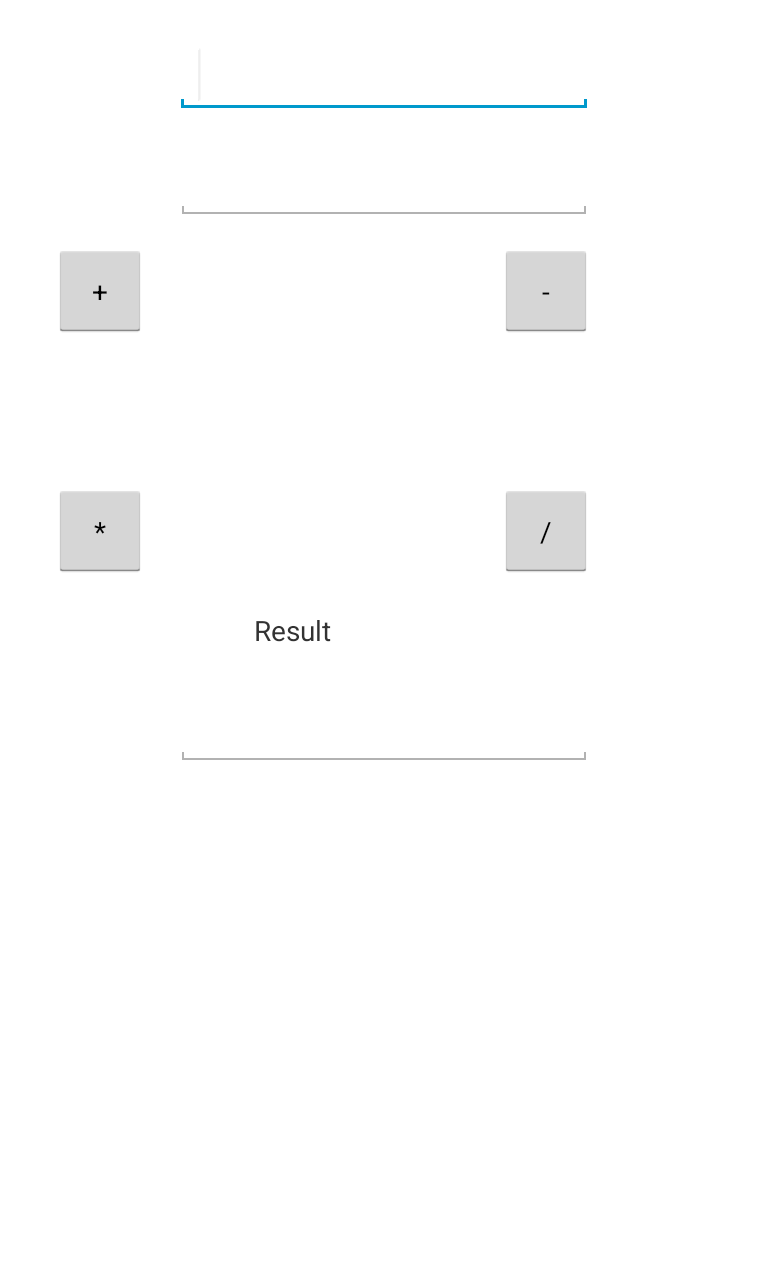
Repository: ujwalp15/Workshop_Apps
Layout: Pandora/Calc/res/layout/activity_main.xml
These files come from the project's save history. The layout is drawn as it stood at one moment and after the next save; the edit follows.
It is drawn on a 768 x 1280 px phone screen (xhdpi) without system bars, with theme AppTheme; the app's code is not run.

Above is the layout before, as saved 2016-02-18 09:53:46.

### Pandora/Calc/res/layout/activity_main.xml
<RelativeLayout xmlns:android="http://schemas.android.com/apk/res/android"
    xmlns:tools="http://schemas.android.com/tools"
    android:layout_width="match_parent"
    android:layout_height="match_parent"
    tools:context=".MainActivity" >

    <EditText
        android:id="@+id/editText1"
        android:layout_width="wrap_content"
        android:layout_height="wrap_content"
        android:layout_alignParentTop="true"
        android:layout_centerHorizontal="true"
        android:layout_marginTop="18dp"
        android:ems="10"
        android:inputType="numberDecimal" >

        <requestFocus />
    </EditText>

    <Button
        android:id="@+id/button2"
        style="?android:attr/buttonStyleSmall"
        android:layout_width="wrap_content"
        android:layout_height="wrap_content"
        android:layout_alignRight="@+id/editText1"
        android:layout_alignTop="@+id/button1"
        android:text="-" />

    <Button
        android:id="@+id/button3"
        style="?android:attr/buttonStyleSmall"
        android:layout_width="wrap_content"
        android:layout_height="wrap_content"
        android:layout_alignLeft="@+id/button1"
        android:layout_below="@+id/button1"
        android:layout_marginTop="72dp"
        android:text="*" />

    <Button
        android:id="@+id/button1"
        style="?android:attr/buttonStyleSmall"
        android:layout_width="wrap_content"
        android:layout_height="wrap_content"
        android:layout_alignParentLeft="true"
        android:layout_below="@+id/editText1"
        android:layout_marginLeft="26dp"
        android:layout_marginTop="64dp"
        android:text="+" />

    <EditText
        android:id="@+id/editText2"
        android:layout_width="wrap_content"
        android:layout_height="wrap_content"
        android:layout_alignLeft="@+id/editText1"
        android:layout_below="@+id/editText1"
        android:layout_marginTop="14dp"
        android:ems="10"
        android:inputType="numberDecimal" />

    <Button
        android:id="@+id/button4"
        style="?android:attr/buttonStyleSmall"
        android:layout_width="wrap_content"
        android:layout_height="wrap_content"
        android:layout_alignBaseline="@+id/button3"
        android:layout_alignBottom="@+id/button3"
        android:layout_alignLeft="@+id/button2"
        android:text="/" />

    <TextView
        android:id="@+id/textView1"
        android:layout_width="wrap_content"
        android:layout_height="wrap_content"
        android:layout_below="@+id/button3"
        android:layout_marginLeft="53dp"
        android:layout_marginTop="16dp"
        android:layout_toRightOf="@+id/button3"
        android:text="Result" />

    <EditText
        android:id="@+id/editText3"
        android:layout_width="wrap_content"
        android:layout_height="wrap_content"
        android:layout_below="@+id/textView1"
        android:layout_centerHorizontal="true"
        android:layout_marginTop="20dp"
        android:ems="10"
        android:inputType="numberDecimal" />

</RelativeLayout>

Loaded but not shown: Pandora/Calc/res/values/styles.xml (common file); Pandora/Calc/res/values-v11/styles.xml (common file); Pandora/Calc/res/values-v14/styles.xml (common file)

After the next save:
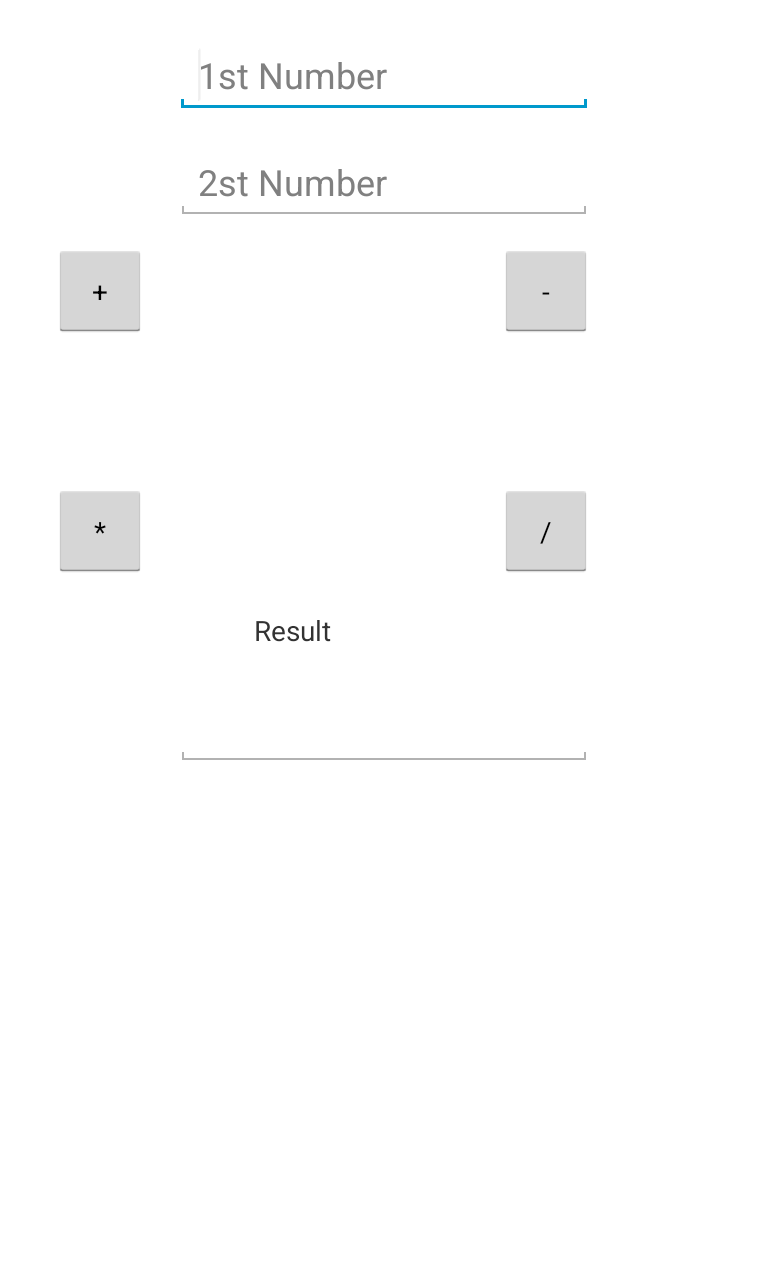
Saved 97 s later.
--- a/Pandora/Calc/res/layout/activity_main.xml
+++ b/Pandora/Calc/res/layout/activity_main.xml
@@ -12,6 +12,7 @@
         android:layout_centerHorizontal="true"
         android:layout_marginTop="18dp"
         android:ems="10"
+        android:hint="1st Number"
         android:inputType="numberDecimal" >
 
         <requestFocus />
@@ -55,6 +56,7 @@
         android:layout_below="@+id/editText1"
         android:layout_marginTop="14dp"
         android:ems="10"
+        android:hint="2st Number"
         android:inputType="numberDecimal" />
 
     <Button
